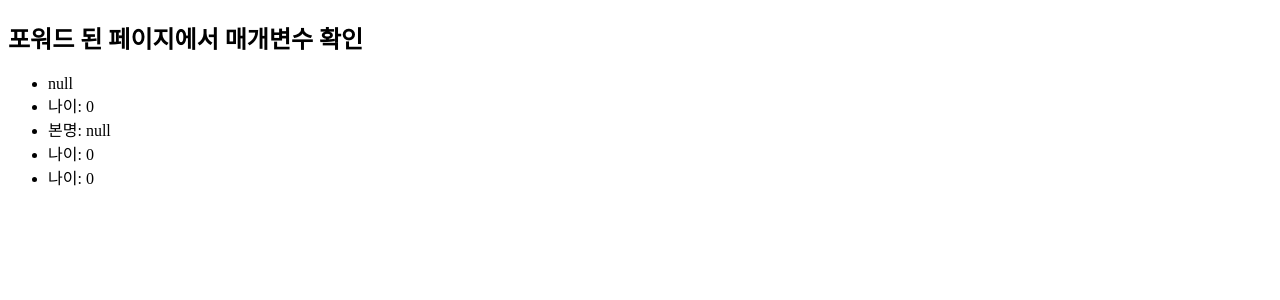
Repository: Motibidu/JSP_Servlet
Page: http://localhost/MushHaveJsp/07ActionTag/ParamForward.jsp
An editor plug-in stored every save of this project. The page is shown before and after the next save, followed by the edit.
The browser window is 1280 px wide. The pictures show the whole page.
The page is served by Tomcat 10. Other server files are loaded and not shown.

Above is the page before, as saved 2025-05-09 01:00:39.

### MushHaveJsp/src/main/webapp/07ActionTag/ParamForward.jsp
<%@ page language="java" contentType="text/html; charset=UTF-8"
    pageEncoding="UTF-8"%>
<!DOCTYPE html>
<html>
<head>
<meta charset="UTF-8">
<title>액션 태그- param</title>
</head>
<body>
	<jsp:useBean id= "person" class="common.Person" scope= "request"/>
	<h2>포워드 된 페이지에서 매개변수 확인</h2>
	<ul>
		<li><jsp:getProperty property="name" name="person"/></li>
		<li>나이: <jsp:getProperty name="person" property="age"/></li>
		<li>본명: <%= request.getParameter("param1") %></li>
		<li>나이: <jsp:getProperty name="person" property="age"/></li>
		<li>나이: <jsp:getProperty name="person" property="age"/></li>
	</ul>
</body>
</html>

### MushHaveJsp/src/main/java/common/Person.java
package common;

public class Person
{
	private String name;
	private int age;


	public Person()	{}

	public Person(String name, int age)
	{
		super();
		this.name = name;
		this.age = age;
	}

	public String getName()
	{
		return name;
	}

	public void setName(String name)
	{
		this.name = name;
	}

	public int getAge()
	{
		return age;
	}

	public void setAge(int age)
	{
		this.age = age;
	}




}

After the next save:
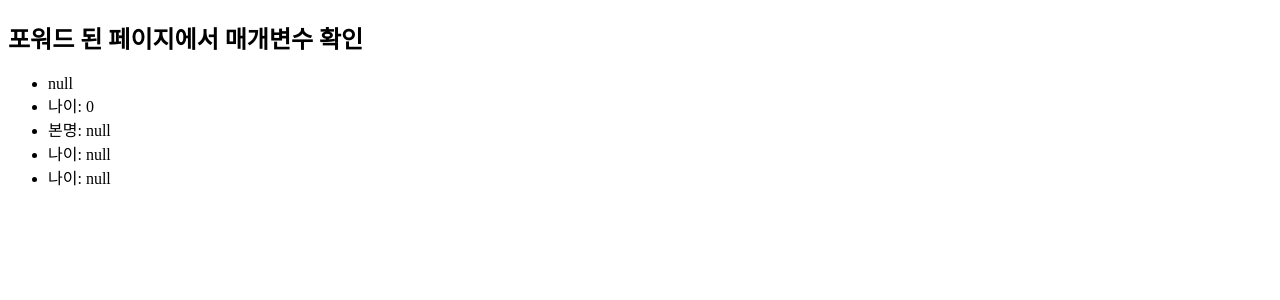
Saved 7 s later.
--- a/MushHaveJsp/src/main/webapp/07ActionTag/ParamForward.jsp
+++ b/MushHaveJsp/src/main/webapp/07ActionTag/ParamForward.jsp
@@ -13,8 +13,8 @@
 		<li><jsp:getProperty property="name" name="person"/></li>
 		<li>나이: <jsp:getProperty name="person" property="age"/></li>
 		<li>본명: <%= request.getParameter("param1") %></li>
-		<li>나이: <jsp:getProperty name="person" property="age"/></li>
-		<li>나이: <jsp:getProperty name="person" property="age"/></li>
+		<li>나이: <%= request.getParameter("param1") %></li>
+		<li>나이: <%= request.getParameter("param1") %></li>
 	</ul>
 </body>
 </html>
